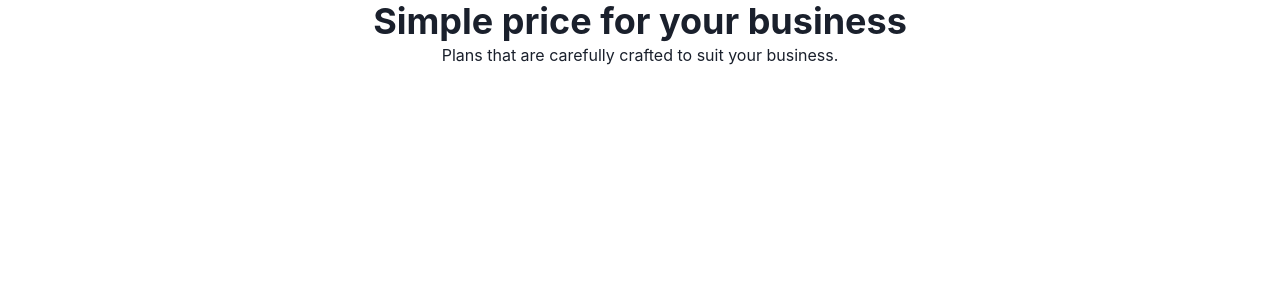
Repository: noutijo/learn-in-depth-chakra-ui
Page: /
An editor plug-in stored every save of this project. The page is shown before and after a run of saves, followed by the edit.
The browser window is 1280 px wide. The pictures show the whole page.
The project was rebuilt for these pictures with package versions that can differ from the ones it lists, and the page was loaded fresh each time. Also part of the build but not shown: vite.config.ts.

Above is the page before, as saved 2023-01-30 14:46:10.

### src/main.tsx
import React from 'react'
import ReactDOM from 'react-dom/client'
import App from './App'
import { ChakraProvider } from "@chakra-ui/react"

ReactDOM.createRoot(document.getElementById('root') as HTMLElement).render(
  <ChakraProvider>
  <React.StrictMode>
    <App />
  </React.StrictMode>
  </ChakraProvider>,
)

### src/App.tsx
//import './App.css'
import { Box, Flex, Stack, VStack, HStack } from "@chakra-ui/react";
import { Header } from "./components/Header";

export default function App() {
  return (
    <div className="App">
      <Box align="center">
      <Header />
      </Box>
    </div>
  );
}

### src/components/Header.tsx
//import './App.css'
import { Box, Heading, Text } from "@chakra-ui/react";

export function Header() {
  return (
      <Box>
        <Heading>Simple price for your business</Heading>
        <Text>Plans that are carefully crafted to suit your business.</Text>
      </Box>
  );
}

Loaded but not shown: index.html (common file)

After the next 5 saves:
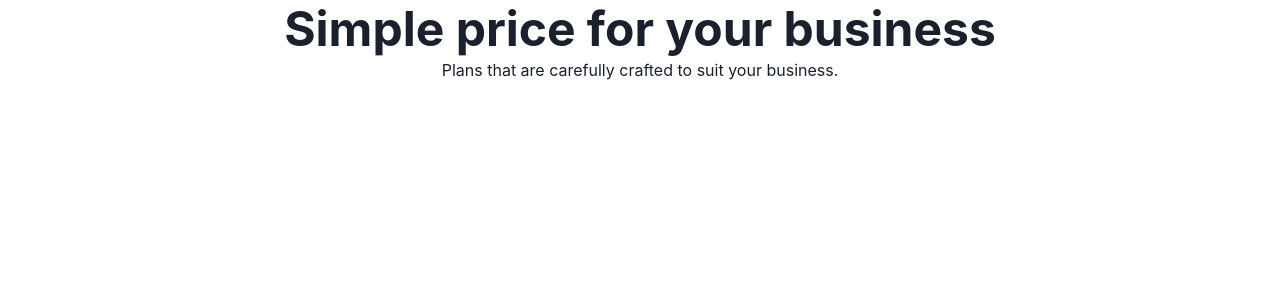
The 5 saves are shown as one change because they came seconds apart.
The last was saved 31 s later.
--- a/src/components/Header.tsx
+++ b/src/components/Header.tsx
@@ -4,7 +4,7 @@ import { Box, Heading, Text } from "@chakra-ui/react";
 export function Header() {
   return (
       <Box>
-        <Heading>Simple price for your business</Heading>
+        <Heading fontSize={"48px"}>Simple price for your business</Heading>
         <Text>Plans that are carefully crafted to suit your business.</Text>
       </Box>
   );
